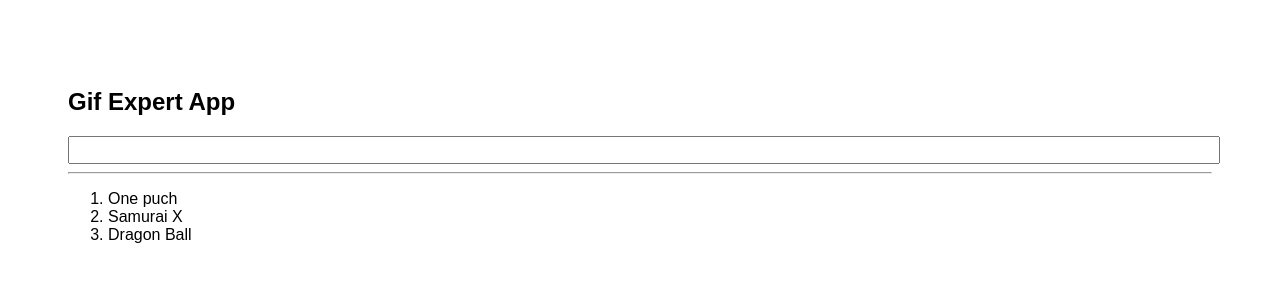
Repository: ppfeliuu/gifs-app
Page: /
The author's editor kept a copy of each file at every save. The page is drawn from the files as they stood at one save, then again after the next save.
The browser window is 1280 px wide. The pictures show the whole page.
The project was rebuilt for these pictures with package versions that can differ from the ones it lists, and the page was loaded fresh each time.

Above is the page before, as saved 2021-05-26 10:00:19.

After the next save:
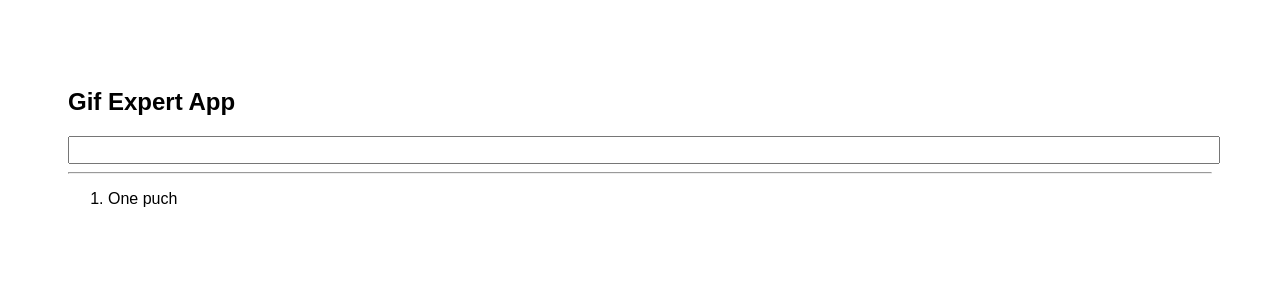
Saved 14 min 51 s later.
--- a/src/GifExpertApp.js
+++ b/src/GifExpertApp.js
@@ -2,11 +2,7 @@ import React, { useState } from "react";
 import AddCategory from "./components/AddCategory";
 
 export const GifExpertApp = () => {
-  const [categories, setCategories] = useState([
-    "One puch",
-    "Samurai X",
-    "Dragon Ball",
-  ]);
+  const [categories, setCategories] = useState(["One puch"]);
 
   /* const handleAdd = () => {
     setCategories([...categories, "Hunter"]);
